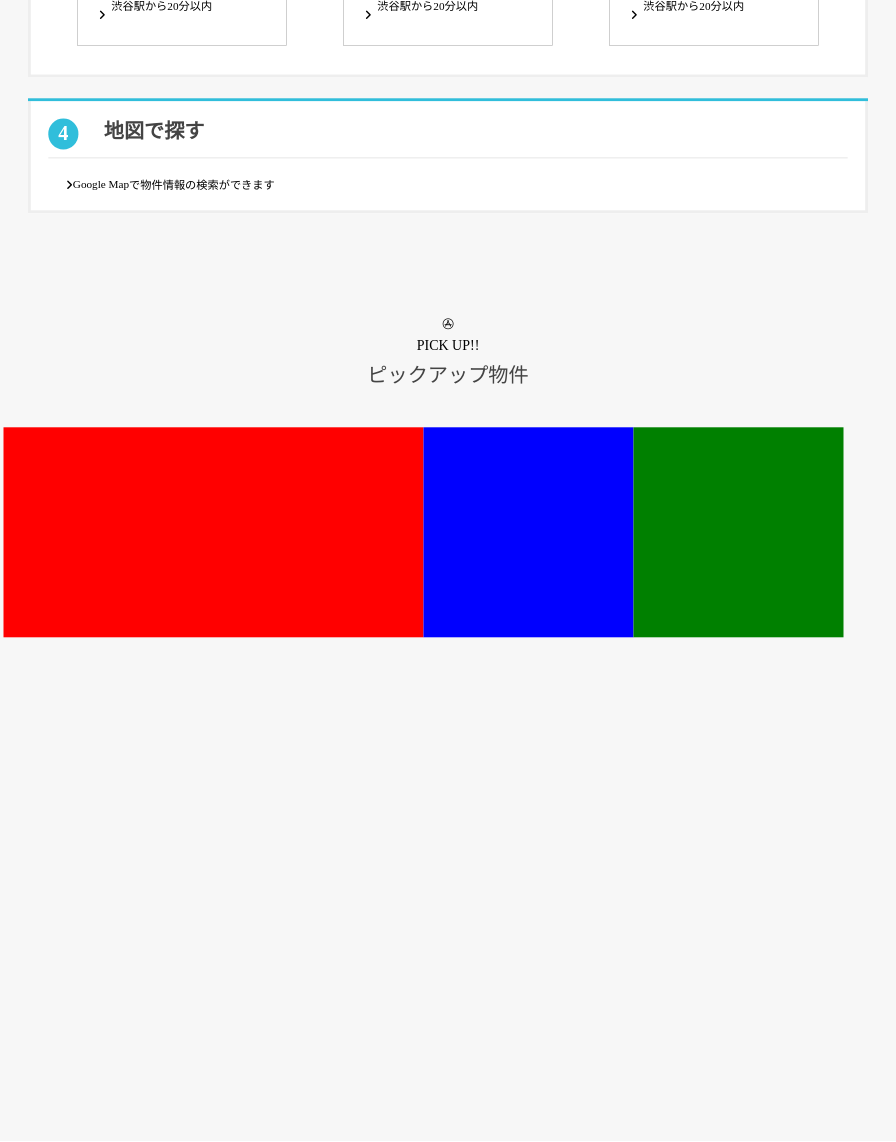
Repository: ninhdavid/real-estate
Page: index.html
The author's editor kept a copy of each file at every save. The page is drawn from the files as they stood at one save, then again after the next save.
The browser window is 1280 px wide. The pictures show the part of the page from y = 1658 to 3578 px (the page is 3289 px tall before and 3589 px after), at 70% of full size.
Some web libraries are served in a nearby version. The style sheet was rebuilt from its Sass, Less or Tailwind sources for each picture, by a compiler version that may differ from the author's.

Above is the page before, as saved 2022-05-27 20:15:06.

### index.html
<!DOCTYPE html>
<html lang="en">

<head>
    <meta charset="UTF-8">
    <meta http-equiv="X-UA-Compatible" content="IE=edge">
    <meta name="viewport" content="width=device-width, initial-scale=1.0">
    <link rel="stylesheet" href="css/main.css">
    <script src="https://kit.fontawesome.com/691ec27588.js" crossorigin="anonymous"></script>
    <title>Document</title>
</head>

<body>
    <div class="main-container">
        <div class="header">
            <div class="img-header"></div>
        </div>
        <div class="main-nav">
            <ul id="nav">
                <li><a class="nav-img" href="#">
                        <!-- <img src="./asset/img/logo/logo-edited.png" alt=""> -->
                        AN GROUP
                    </a></li>
                <li><a href="#">お気に入り</a></li>
                <li><a href="#">物件一覧</a></li>
                <li><a href="#">お問合わせ、ご相談</a></li>
            </ul>
        </div>
        <div class="content">
            <div class="content-section">
                <div class="title-section">
                    <i class="fa-brands fa-app-store"></i>
                    <p>FEATURES</p>
                    <p>特集コンテンツ</p>
                </div>
                <div id="slider"> </div>
            </div>
            <div class="content-section search-section">
                <div class="title-section">
                    <i class="fa-brands fa-app-store"></i>
                    <p>HOUSE SEARCH</p>
                    <p>2種類のカンタン検索</p>
                </div>
                <div class="content-area">
                    <div class="content-box">
                        <div class="title-area">
                            <h3>
                                <span>1</span>
                                部屋タイプで探す
                            </h3>
                            <p>タイプをクリックすると一覧へジャンプします。</p>
                        </div>
                        <div class="type-list">
                            <div class="type-list-des house-type">
                                <div class="list-bg"></div>
                                <p class="list-title">マンション</p>
                                <p class="list-price">￥40,000</p>
                            </div>
                            <div class="type-list-des house-type">
                                <div class="list-bg"></div>
                                <p class="list-title">アパート</p>
                                <p class="list-price">￥30,000</p>
                            </div>
                        </div>
                    </div>
                    <div class="content-box">
                        <div class="title-area">
                            <h3>
                                <span>2</span>
                                人気エリアから探す
                            </h3>
                            <p>タイプをクリックすると一覧へジャンプします。</p>
                        </div>
                        <div class="type-list location-list">
                            <div class="type-list-des location-des location-des-center">
                                <i class="fa-solid fa-location-dot"></i>
                                <p>千葉エリア</p>
                            </div>
                            <div class="type-list-des location-des">
                                <i class="fa-solid fa-location-dot"></i>
                                <p>池袋・新宿エリア</p>
                                <p>目白、高田馬場、新大久保</p>
                            </div>
                            <div class="type-list-des location-des">
                                <i class="fa-solid fa-location-dot"></i>
                                <p>渋谷・原宿エリア</p>
                                <p>目黒、中目黒、代官山、六本木</p>
                            </div>
                            <div class="type-list-des location-des">
                                <i class="fa-solid fa-location-dot"></i>
                                <p>世田谷エリア</p>
                                <p></p>
                            </div>
                            <div class="type-list-des location-des">
                                <i class="fa-solid fa-location-dot"></i>
                                <p>杉並エリア</p>
                                <p></p>
                            </div>
                            <div class="type-list-des location-des">
                                <i class="fa-solid fa-location-dot"></i>
                                <p>中野・高円寺エリア</p>
                            </div>
                        </div>
                    </div>
                    <div class="content-box">
                        <div class="title-area">
                            <h3>
                                <span>3</span>
                                人気の駅から探す
                            </h3>
                            <p>エリアをクリックすると一覧へジャンプします。</p>
                        </div>
                        <div class="type-list station-list">
                            <div class="type-list-des station-des">
                                <i class="fa-solid fa-angle-right"></i>
                                <p>渋谷駅から</p>
                                <p>20分以内</p>
                            </div>
                            <div class="type-list-des station-des">
                                <i class="fa-solid fa-angle-right"></i>
                                <p>渋谷駅から</p>
                                <p>20分以内</p>
                            </div>
                            <div class="type-list-des station-des">
                                <i class="fa-solid fa-angle-right"></i>
                                <p>渋谷駅から</p>
                                <p>20分以内</p>
                            </div>
                            <div class="type-list-des station-des">
                                <i class="fa-solid fa-angle-right"></i>
                                <p>渋谷駅から</p>
                                <p>20分以内</p>
                            </div>
                            <div class="type-list-des station-des">
                                <i class="fa-solid fa-angle-right"></i>
                                <p>渋谷駅から</p>
                                <p>20分以内</p>
                            </div>
                            <div class="type-list-des station-des">
                                <i class="fa-solid fa-angle-right"></i>
                                <p>渋谷駅から</p>
                                <p>20分以内</p>
                            </div>
                        </div>
                    </div>
                    <div class="content-box">
                        <div class="title-area">
                            <h3>
                                <span>4</span>
                                地図で探す
                            </h3>
                        </div>
                        <div class="type-list map-list">
                            <i class="fa-solid fa-angle-right"></i>
                            <p>Google Map</p>
                            <p>で物件情報の検索ができます</p>
                        </div>
                    </div>
                </div>
            </div>
            <div class="content-section">
                <div class="title-section">
                    <i class="fa-brands fa-app-store"></i>
                    <p>PICK UP!!</p>
                    <p>ピックアップ物件</p>
                </div>
                <div class="house-list-show">
                    <div class="house-1"></div>
                    <div class="house-2"></div>
                    <div class="house-3"></div>
                    <div class="house-4"></div>
                    <div class="house-5"></div>
                    <div class="house-6"></div>
                    <div class="house-7"></div>
                    <div class="house-8"></div>
                    <div class="house-9"></div>
                </div>
            </div>
        </div>

    </div>



</body>
<script src="asset/java-script/chat-online.js"></script>

</html>

### css/main.scss


*{
    padding: 0;
    margin: 0;
    box-sizing: border-box;
}

.main-nav{
    // height: 85px;
    background-color: #fff;
    width: 100%;
    z-index:10;
    height: 5em;
    text-align: center;
}
#nav{
    display:inline-block;
}
#nav,
.subnav {
    list-style-type: none;
}
#nav > li{
    display:inline-block;
}
#nav  li{
    position: relative;
    top:11px;
}
#nav li a{
    display: block;
    text-decoration: none;
    line-height: 24px;
    font-size: 14px;
    padding: 1.2em;
}
#nav>li>a{
    color: rgb(68,68,68);
    text-transform: uppercase;
}
// .nav-img{
//     background-image: url("/asset/img/logo/logo-edited.png");
//     height:80px;
//     width: 100px;
//     padding: 5px 0;
//     background-position: center; /* Center the image */
//     background-repeat: no-repeat; /* Do not repeat the image */
//     background-size: cover;
// }
.content{
    background-color: #f7f7f7;
    padding: 60px 5px;
}
.content-section{
    display: block;
    text-align: center;
    padding:60px 0;
}
.title-section{

}
.search-section{

}
.title-section i {

}
.tittle-section p{
    font-weight: bold;
}
.title-section>p:nth-of-type(1){
    font-size: 1.25em;
    line-height: 1;
    padding: 10px 0;
}
.title-section p:nth-of-type(2){
    font-size: 1.8em;
    // font-size: 32px;
    color: #444444;
    padding-bottom: 2em;
}
.content-area{
    width: 1200px;
    margin: 0 auto;
}

.content-box{
    // display:relative;
    width: 100%;
    padding: 25px;
    border: 4px solid #eeeeee;
    position: relative;
    margin-bottom:30px;
    background-color: #fff;
}
.content-box:before{
    content: "";
    display: block;
    position: absolute;
    left: -4px;
    top: -4px;
    width: calc(100% + 8px);
    height: 4px;
    background-color: #30bedb;
}
.content-box p {
    display: inline-block;
}
.title-area{
    display:flex;
    justify-content:space-between;
    // font-size: 1.8em;
    line-height: 1.2;
    text-align: center;
    align-items:center;
    padding-bottom: 0.7em;
    border-bottom: 2px solid #eeeeee;
}
.title-area h3{
    font-size: 1.8em;
    color: #444444;
}
.title-area>h3>span{
    width: 1.5em;
    line-height: 1.5em;
    background-color: #30bedb;
    color: #fff;
    display:inline-block;
    vertical-align: middle;
    margin-right: 1em;
    // font-size: 1.6428571429em;
    // font-size: 1.17em;
    font-weight: bold;
    text-align: center;
    border-radius: 50% 50% 50% 50%;
}
.title-area>p{
    font-size: 0.8em;
    color: #444444;
}
.type-list{
    padding: 25px 25px 0px 25px;
    display: flex;
    flex-wrap: wrap;
    flex-direction:row;
    justify-content: center;
}
.type-list-des{
    width: 500px;
    height:150px;
    position: relative;
}
.house-type{
    margin-left: 1.2em;
    border: 3px solid;
    border-radius: 12px;
}
.type-list-des > i{
    position: absolute;
    left: 10%;
    top: 45%;
}



.list-bg{
    position: absolute;
    background: no-repeat center center / cover;
    transition: all 0.3s ease;
    background-color: red;
}
.list-title{
    position:absolute;
    left: 10%;
    top: 45%;
}
.list-price{
    position:absolute;
    right: 5%;
    top: 45%;
    z-index: 1;
    font-size:1.8em;
    color: white;
}
.list-price::before{
    content:"";
    display: block;
    position: absolute;
    top: 0;
    left: 0;
    background-color: red;
    width:136px;
    height: 32px;
    z-index: -1;
}
.location-des-center>p{
    transform:translateY(55%)
}
.station-list,
.location-list{
    display: flex;
    justify-content:space-between;
}
.station-des
,.location-des{
    border:1px solid #bbbbbb;
    height:95px;
    width:300px;
    margin: 1em;
}
// .station-des i{
//     display:block;
//     float:left;
//     margin-top:15px;
// }
.station-des>p,
.location-des>p{
    float:left;
    position: relative;
    left: 3em;
    top: 1.5em;
}
// .station-list{
//     display: flex;
//     justify-content:space-between;
// }
// .station-des{
//     border:1px solid #bbbbbb;
//     height:95px;
//     width:300px;
//     margin: 1em;
// }

.map-list{
    display: flex;
    justify-content:flex-start;
    align-items:center;
}

.house-list-show{
    display:grid;
    grid-template-areas:
    "a a b c"
    "d e f f"
    "g g h i";
    grid-template-rows: 300px 300px 300px;
    grid-template-columns: 25% 25% 25% 25%;
    width: 1200px;
}
.house-1{
    grid-area: a;
    background-color: red;
}
.house-2{
    grid-area: b;
    background-color: blue;
}
.house-3{
    grid-area: c;
    background-color: green;
}
.house-4{
    grid-area: d;
}
.house-5{
    grid-area: e;
}
.house-6{
    grid-area: f;
}
.house-7{
    grid-area: g;
}
.house-8{
    grid-area: h;
}
.house-9{
    grid-area: i;
}

Loaded but not shown: asset/java-script/chat-online.js (no stored copy; drawn as an empty file)

After the next save:
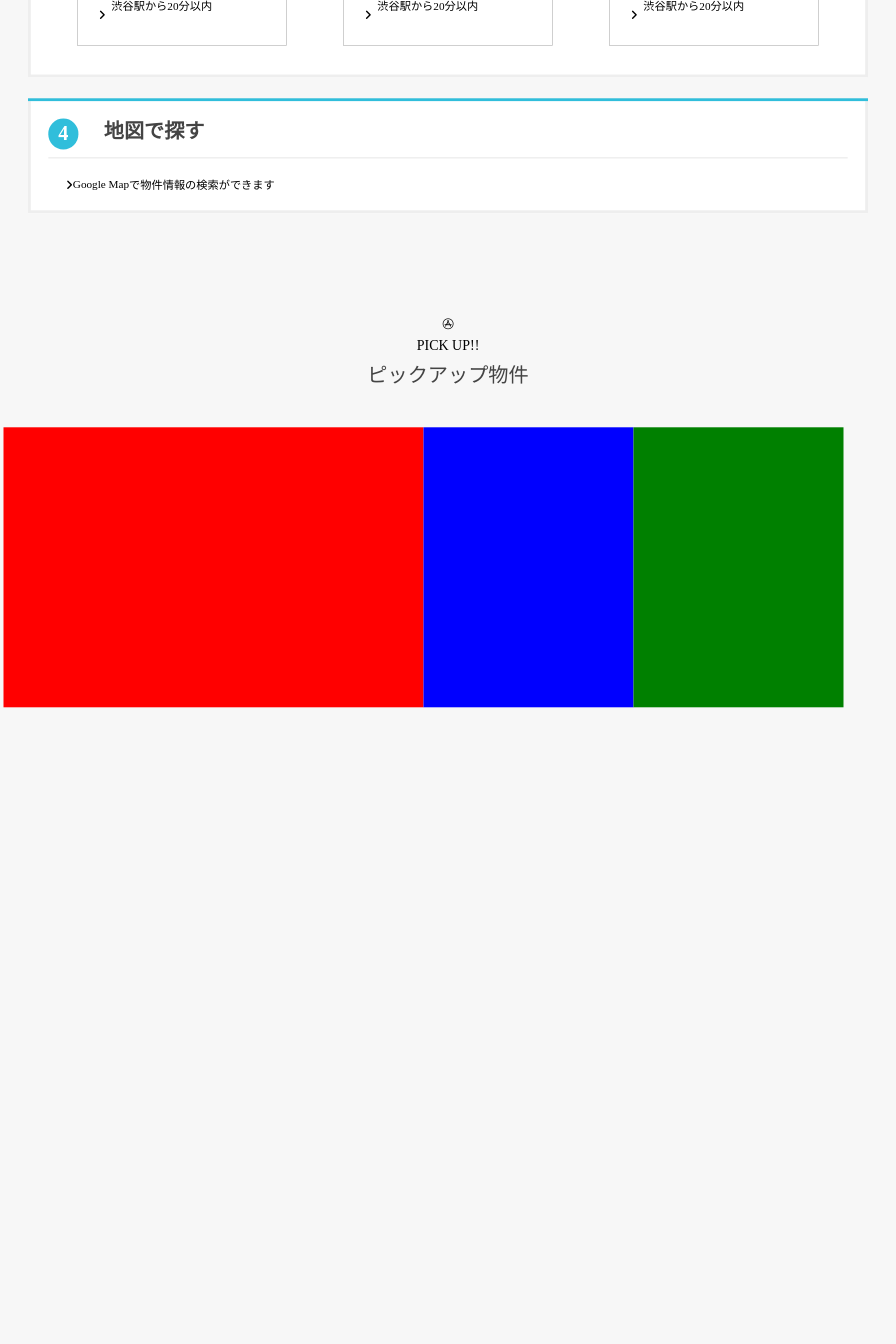
Saved 10 s later.
--- a/css/main.scss
+++ b/css/main.scss
@@ -244,7 +244,7 @@
     "a a b c"
     "d e f f"
     "g g h i";
-    grid-template-rows: 300px 300px 300px;
+    grid-template-rows: 400px 400px 400px;
     grid-template-columns: 25% 25% 25% 25%;
     width: 1200px;
 }

After the save that followed:
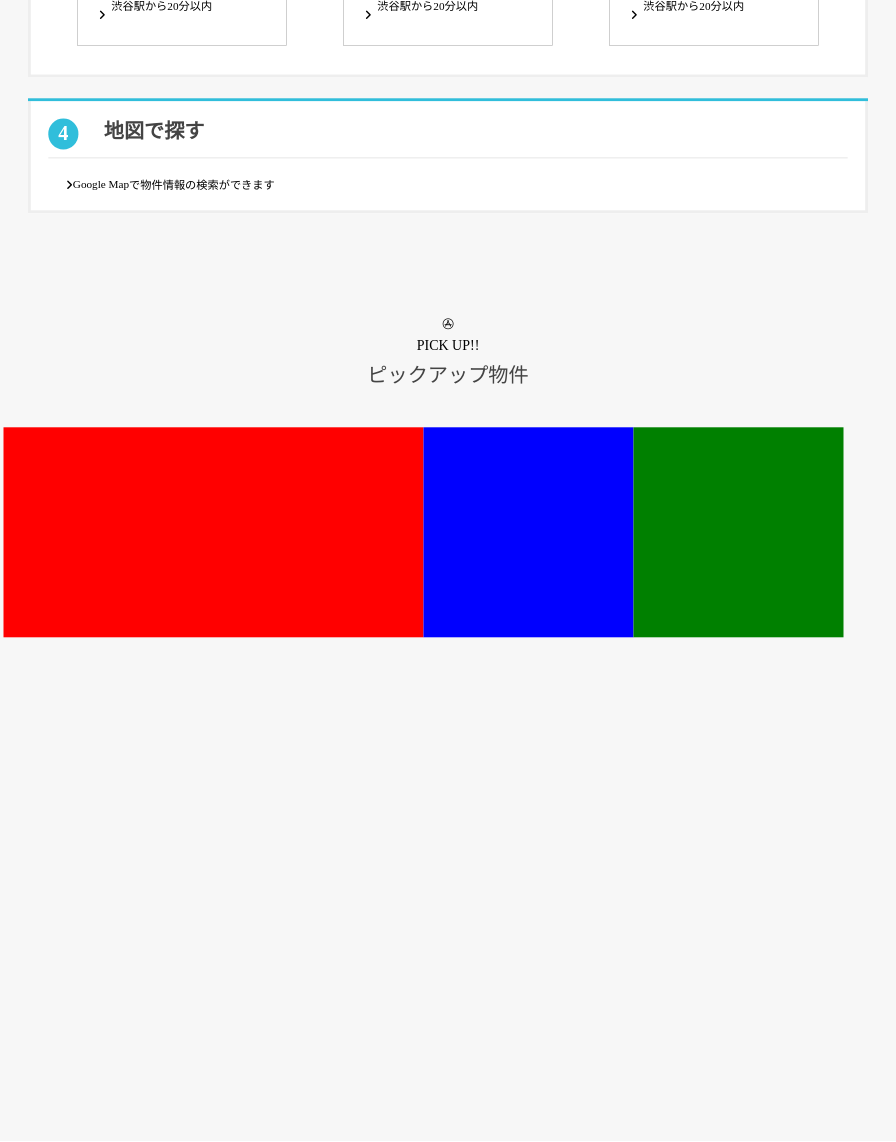
Saved 19 s later.
--- a/css/main.scss
+++ b/css/main.scss
@@ -244,7 +244,7 @@
     "a a b c"
     "d e f f"
     "g g h i";
-    grid-template-rows: 400px 400px 400px;
+    grid-template-rows: 300px 300px 300px;
     grid-template-columns: 25% 25% 25% 25%;
     width: 1200px;
 }
